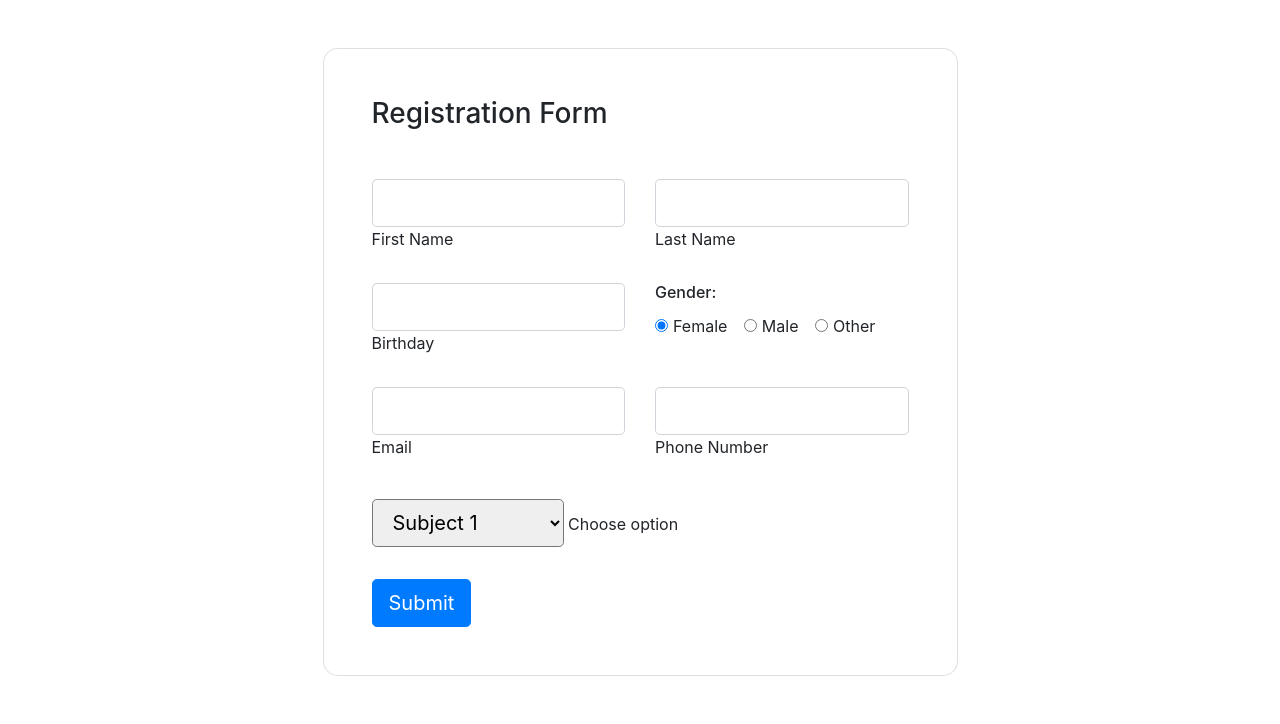
Repository: KeithKeithZ/libapp
Page: http://localhost/userRegister
The author's editor kept a copy of each file at every save. The page is drawn from the files as they stood at one save, then again after the next save.
The browser window is 1280 px wide. The pictures show the whole page.
The page is served by the project's Laravel application, run on PHP 8.4 with Laravel 8.

Above is the page before, as saved 2021-12-03 10:55:06.

After the next save:
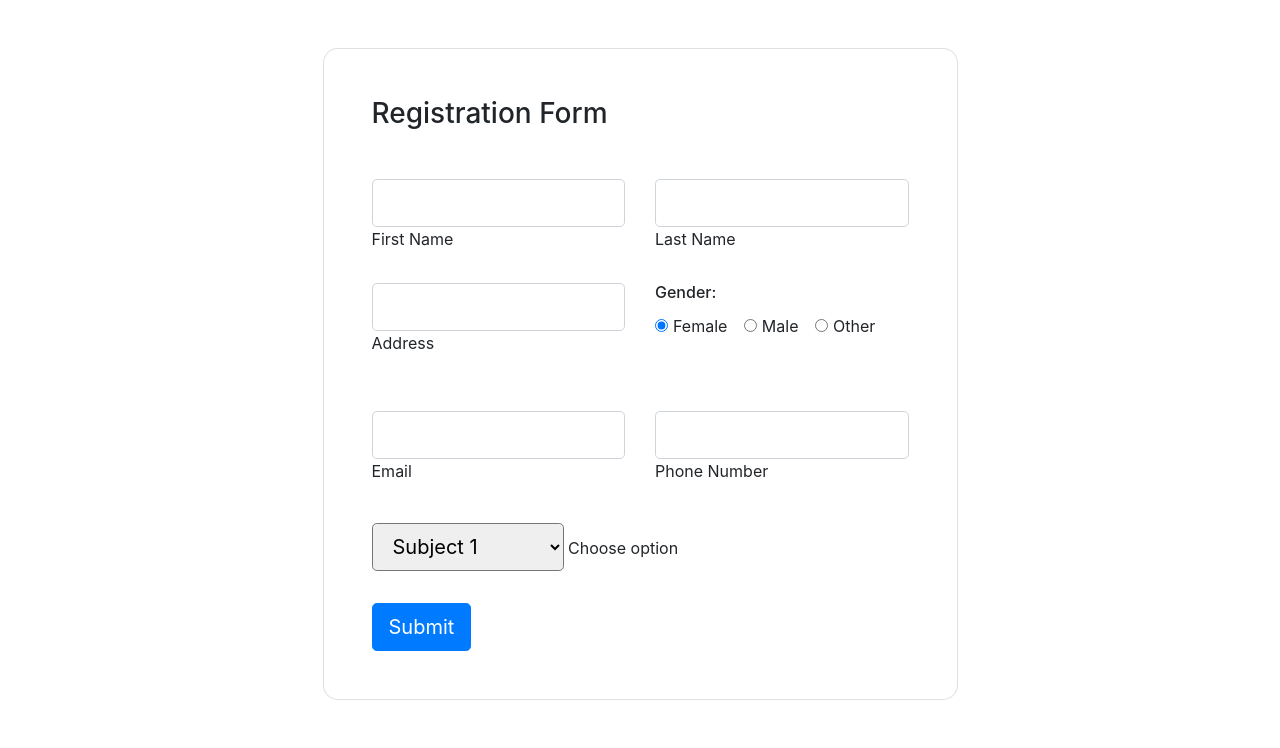
Saved 117 s later.
--- a/resources/views/userRegister.blade.php
+++ b/resources/views/userRegister.blade.php
@@ -41,13 +41,9 @@
                     <div class="row">
                         <div class="col-md-6 mb-4 d-flex align-items-center">
 
-                        <div class="form-outline datepicker w-100">
-                            <input
-                            type="text"
-                            class="form-control form-control-lg"
-                            id="birthdayDate"
-                            />
-                            <label for="birthdayDate" class="form-label">Birthday</label>
+                        <div class="form-outline mb-4">
+                            <input type="text" id="form3Example8" class="form-control form-control-lg" />
+                            <label class="form-label" for="form3Example8">Address</label>
                         </div>
 
                         </div>
